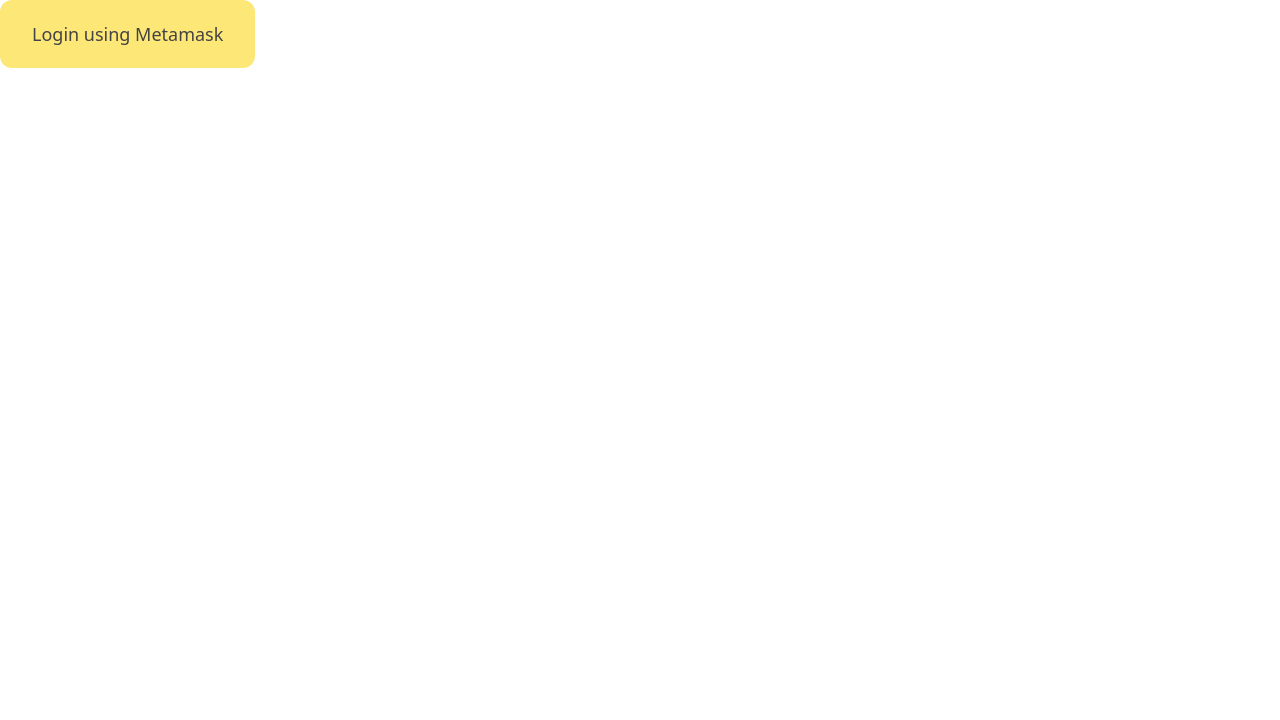
Repository: KSGit47/nft-minter-yt
Page: /
The author's editor kept a copy of each file at every save. The page is drawn from the files as they stood at one save, then again after the next save.
The browser window is 1280 px wide. The pictures show the whole page.
The project was rebuilt for these pictures with package versions that can differ from the ones it lists, and the page was loaded fresh each time. The framework's server and built-in components were replaced by stand-ins that run in the browser. Also part of the build but not shown: next.config.js.

Above is the page before, as saved 2022-07-19 19:45:25.

### pages/index.js

import Head from 'next/head'

export default function Home(){
  return (
    <div className="flex w-screen h-s">
      <Head>
        <title>Create Minter</title>
        <link rel="icon" href="/favicon.ico" />
      </Head>
<button className='bg-yellow-300 px-8 py-5 rounded-xl text-lg animate-pulse'>Login using Metamask</button>
    </div>
  )
}

Loaded but not shown: pages/_app.js (common file); styles/globals.css (common file); tailwind.config.js (common file)

After the next save:
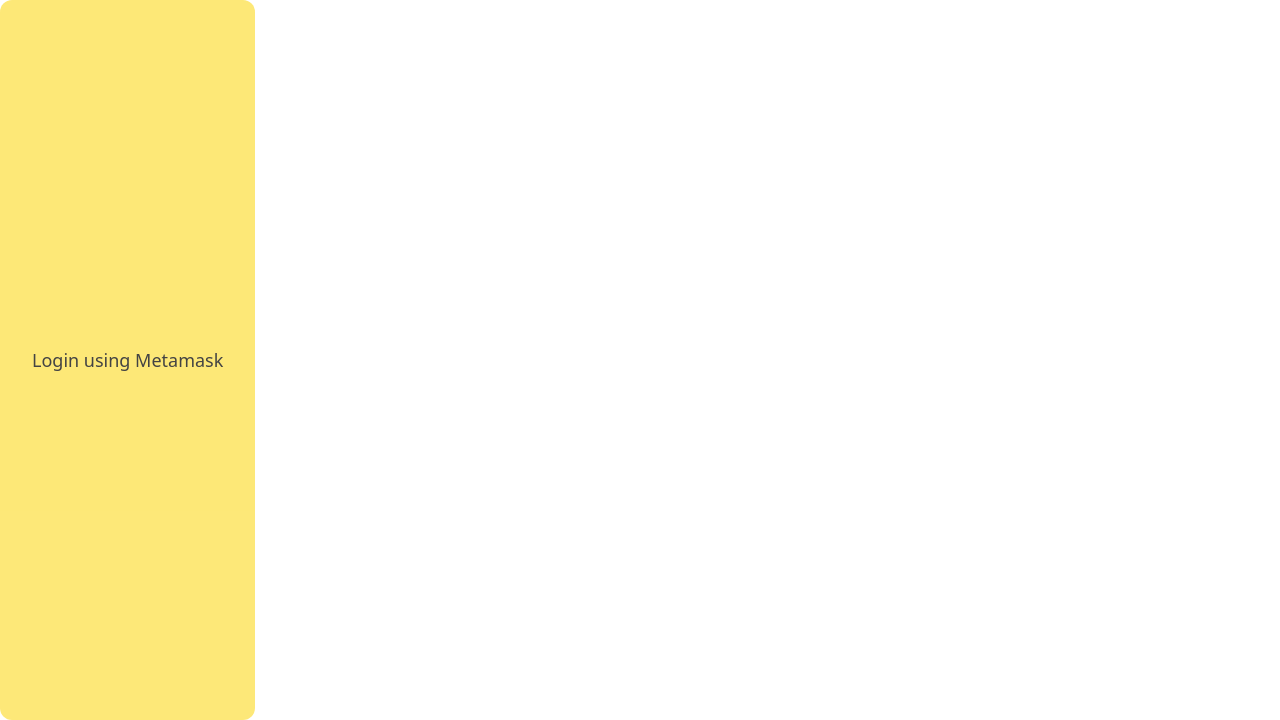
Saved 8 s later.
--- a/pages/index.js
+++ b/pages/index.js
@@ -3,7 +3,7 @@
 
 export default function Home(){
   return (
-    <div className="flex w-screen h-s">
+    <div className="flex w-screen h-screen items-">
       <Head>
         <title>Create Minter</title>
         <link rel="icon" href="/favicon.ico" />
